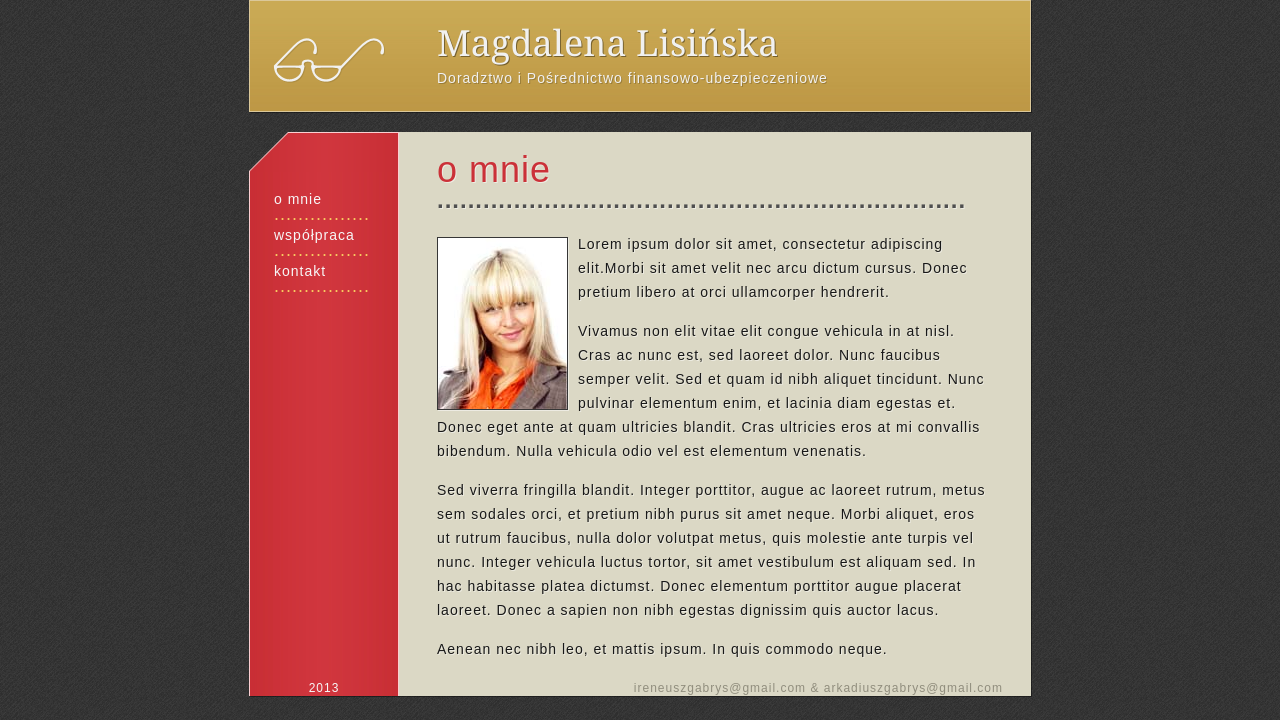
Repository: gabr/php_elicpse_workspace
Page: Magda Lisinska/index.html
These files come from the project's save history. The page is drawn as it stood at one moment and after the next save; the edit follows.
The browser window is 1280 px wide. The pictures show the whole page.

Above is the page before, as saved 2013-03-06 20:29:28.

### Magda Lisinska/index.html
<!DOCTYPE HTML>
<html>
	<head>
		<meta http-equiv="Content-Type" content="text/html; charset=utf-8" >
		<title>Magdalena Lisińska</title>
		<!--
		<meta name="description" content="Add your sites description here">
		<meta name="keywords" content="Add,your,site,keywords,here">
		<link rel="icon" type="image/x-icon" href="../images/favicon.ico">
		-->
		<link rel="stylesheet" type="text/css" href="css/reset.css" media="screen">
		<link rel="stylesheet" type="text/css" href="css/style.css" media="screen">
        <script src="js/jquery-1.9.1.js"></script>
        <script src="js/script.js"></script>
		<!--[if lt IE 9]>
		<script src="js/html5shiv.js"></script>
		<![endif]-->
	</head>

	<body>
		<!-- head -->
		<div id="header">
			<a href="index.html" id="glasses"></a>
			<a href="index.html" id="header-title">
				<p id="title">Magdalena Lisińska</p>
				<p id="slogan">Doradztwo i Pośrednictwo finansowo-ubezpieczeniowe</p>
			</a>
			<div class="clear"></div>
		</div>

		<!-- body -->
		<div id="body">
			<!-- menu -->
			<div id="menu">
				<div id="menu-head"></div>
				<div id="menu-body">
					<div id="menu-margin"></div>
					<ul>
						<li><a href="#">o mnie</a></li>
						<li class="line">................</li>
						<li><a href="#">współpraca</a></li>
						<li class="line">................</li>
						<li><a href="kontakt.html">kontakt</a></li>
						<li class="line">................</li>
					</ul>
				</div>
			</div>
			<!-- content -->
			<div id="content">
				<div>
					<h1>o mnie</h1>
					<div class="line">.....................................................................</div>
					<img src="images/example_photo.jpg" />
					<p>Lorem ipsum dolor sit amet, consectetur adipiscing elit.Morbi sit amet velit nec arcu dictum cursus. Donec pretium libero at orci ullamcorper hendrerit.</p>
					<p>Vivamus non elit vitae elit congue vehicula in at nisl. Cras ac nunc est, sed laoreet dolor. Nunc faucibus semper velit. Sed et quam id nibh aliquet tincidunt. Nunc pulvinar elementum enim, et lacinia diam egestas et. Donec eget ante at quam ultricies blandit. Cras ultricies eros at mi convallis bibendum. Nulla vehicula odio vel est elementum venenatis.</p>
					<p>Sed viverra fringilla blandit. Integer porttitor, augue ac laoreet rutrum, metus sem sodales orci, et pretium nibh purus sit amet neque. Morbi aliquet, eros ut rutrum faucibus, nulla dolor volutpat metus, quis molestie ante turpis vel nunc. Integer vehicula luctus tortor, sit amet vestibulum est aliquam sed. In hac habitasse platea dictumst. Donec elementum porttitor augue placerat laoreet. Donec a sapien non nibh egestas dignissim quis auctor lacus.</p>
					<p>Aenean nec nibh leo, et mattis ipsum. In quis commodo neque.</p>

				</div>
			</div>
			<div class="clear"></div>

            <!-- footer -->
            <div id="footer">
                <div id="left-footer"><p>2013</p></div>
                <div id="right-footer"><p>ireneuszgabrys@gmail.com & arkadiuszgabrys@gmail.com&ensp;&ensp;&ensp;&ensp;</p></div>
                <div class="clear"></div>
            </div>

		</div>

	</body>
</html>

### Magda Lisinska/css/reset.css
/*
html5doctor.com Reset Stylesheet
v1.6.1
Last Updated: 2010-09-17
Author: Richard Clark - http://richclarkdesign.com
Twitter: @rich_clark
*/

html, body, div, span, object, iframe,
h1, h2, h3, h4, h5, h6, p, blockquote, pre,
abbr, address, cite, code,
del, dfn, em, img, ins, kbd, q, samp,
small, strong, sub, sup, var,
b, i,
dl, dt, dd, ol, ul, li,
fieldset, form, label, legend,
table, caption, tbody, tfoot, thead, tr, th, td,
article, aside, canvas, details, figcaption, figure,
footer, header, hgroup, menu, nav, section, summary,
time, mark, audio, video {
margin:0;
padding:0;
border:0;
outline:0;
font-size:100%;
vertical-align:baseline;
background:transparent;
}

body {line-height:1;}

article,aside,details,figcaption,figure,
footer,header,hgroup,menu,nav,section {
display:block; zoom:1;
}

nav ul {list-style:none;}

blockquote, q {quotes:none;}

blockquote:before, blockquote:after,
q:before, q:after {
content:'';
content:none;
}

a {
margin:0;
padding:0;
font-size:100%;
vertical-align:baseline;
background:transparent;
}

/* change colours to suit your needs */
ins {
background-color:#ff9;
color:#000;
text-decoration:none;
}

/* change colours to suit your needs */
mark {
background-color:#ff9;
color:#000;
font-style:italic;
font-weight:bold;
}

del {text-decoration: line-through;}

abbr[title], dfn[title] {
border-bottom:1px dotted;
cursor:help;
}

table {
border-collapse:collapse;
border-spacing:0;
}

/* change border colour to suit your needs */
hr {
display:block;
height:1px;
border:0;
border-top:1px solid #cccccc;
margin:1em 0;
padding:0;
}

input, select {
vertical-align:middle;
}

### Magda Lisinska/css/style.css
/*  Main  */

body {
	background:url(../images/background.png);
	color:#000;
	font-family: Arial, Helvetica, sans-serif;
	font-size: 14px;
	letter-spacing: 1px;
}

p {
	color: #181818;
	text-align: left;
	margin: 0px 0px 15px 0px;
	line-height: 24px;
}

h1 {
	margin: 20px 0px 0px 0px;
	font-size: 36px;
	color: #cb3138;
	font-weight: normal;
}


img {
	float: left;
	margin: 5px 10px 0px 0px;
	border: 1px solid #363636;
	box-shadow: 1px 1px 0px rgba(255,255,255,0.5);
}

.line {
	-webkit-touch-callout: none;
	-webkit-user-select: none;
	-khtml-user-select: none;
	-moz-user-select: none;
	-ms-user-select: none;
	user-select: none;
}

.clear {
	clear: both;
}

/* Header */
#header {
	background:url(../images/header.jpg);
	width: 780px;
	height: 110px;
	margin: 0 auto;
	border: 1px solid #dbc89a;
	box-shadow: 1px 1px 0px rgba(0,0,0,0.4)
}

#glasses {
	background:url(../images/glasses.png);
	width: 112px;
	height: 45px;
	margin: 37px 0px 0px 23px;
	display: block;
	outline: none;
	float: left;
}

#header-title {
	float: left;
	margin: 30px 0px 0px 52px;
	outline: none;
	text-decoration: none;
}

#title {
	margin: 0px 0px 0px 0px;
	color: #f1f1f1;
	text-shadow: 1px 1px 0px rgba(0,0,0,0.4);
	font-family: Georgia, Times New Roman, Times;
	font-size: 36px;
	letter-spacing: 0px;
}

#slogan {
	color: #f1f1f1;
	text-shadow: 1px 1px 0px rgba(0,0,0,0.2);
	margin: 11px 0px 0px 0px;
}

/* Body */
#body {
	margin:0 auto;
	margin-top: 20px;
	width: 782px;
	box-shadow: 1px 1px 0px rgba(0,0,0,0.4);
}

/* Menu */
#menu {
	float: left;
	width: 150px;
}

#menu-head {
	background:url(../images/menu_head.png);
	height: 40px;
}
#menu-body {
	background:url(../images/menu.jpg);
	min-height: 200px;
}

#menu-margin {
	height: 20px;
}

#menu-body ul {
	width: 100px;
	margin:0 auto;
	list-style: none;
}

#menu-body a{
	color: #f7f7f7;
	text-decoration: none;
}

#menu-body li>a:hover{
	font-weight: bold;
}

#menu-body li.line {
	font-size: 18px;
	color: #f7cb61;
	margin: -1px 0px 5px 0px;
}

/* Content */
#content {
	float:left;
	width: 632px;
	min-height: 200px;
	background: #dbd8c5;
	text-shadow: 1px 1px 0px rgba(255,255,255,0.5);
}

#content>div {
	margin: 0px 38px 0px 38px;
}

#content .line {
	margin: 0px 0px 20px 0px;
	font-size: 24px;
	color: #4f4f4f;
	font-weight: bold;
}

#content iframe {
  margin: 20px auto 2px auto;
}

/* Footer */
#footer {
  width: 782px;
}

#left-footer {
  background:url(../images/menu.jpg);
  width: 150px;
  height: 20px;
  float: left;
}

#left-footer p {
  color: #f7f7f7;
  text-align: center;
  font-size: 12px;
}

#right-footer {
    float:right;
    width: 632px;
    height: 20px;
    background: #dbd8c5;
}

#right-footer p {
  color: #918e7e;
  text-align: right;
  font-size: 12px;
}

### Magda Lisinska/js/script.js
$(window).load(function() {
    var content_height = $("#content").outerHeight(true);
    console.log(content_height);
    $("#menu").css("height", content_height);
    $("#menu-body").css("height",content_height - 40);
});

Loaded but not shown: Magda Lisinska/js/jquery-1.9.1.js (library)

After the next save:
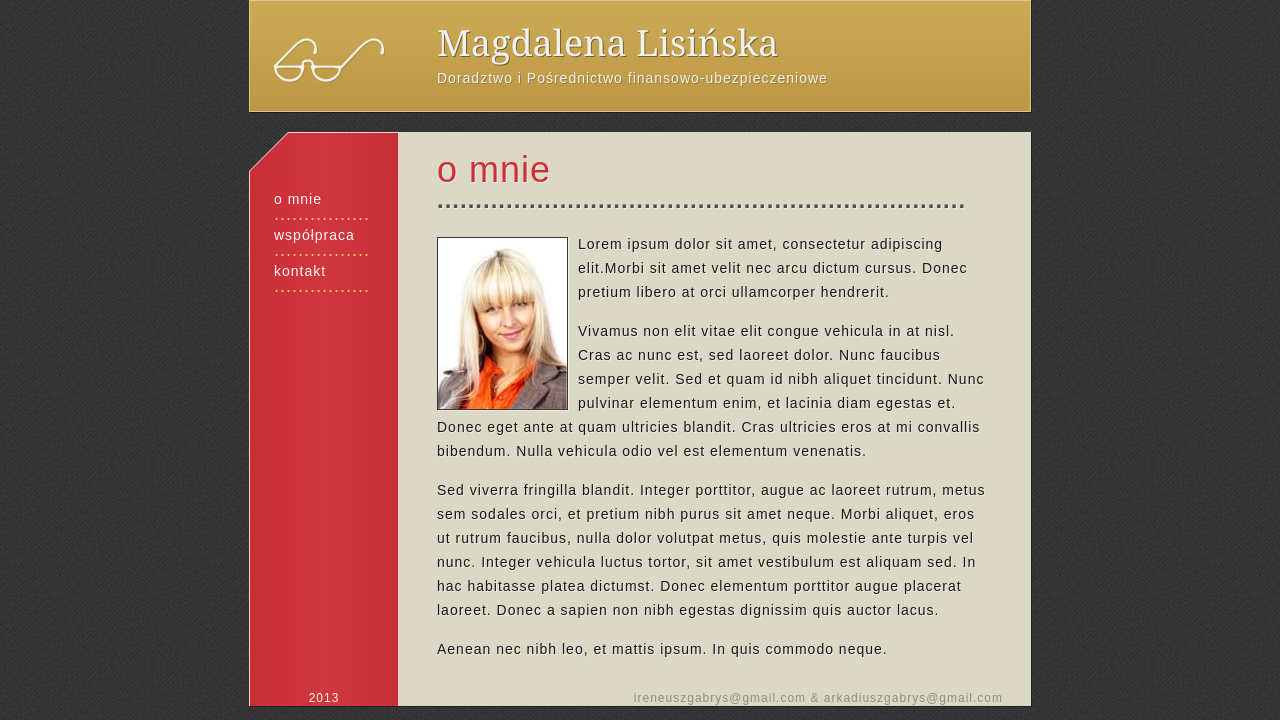
Saved 24 s later.
--- a/Magda Lisinska/css/style.css
+++ b/Magda Lisinska/css/style.css
@@ -140,6 +140,7 @@ img {
 	min-height: 200px;
 	background: #dbd8c5;
 	text-shadow: 1px 1px 0px rgba(255,255,255,0.5);
+	padding-bottom: 10px;
 }
 
 #content>div {
